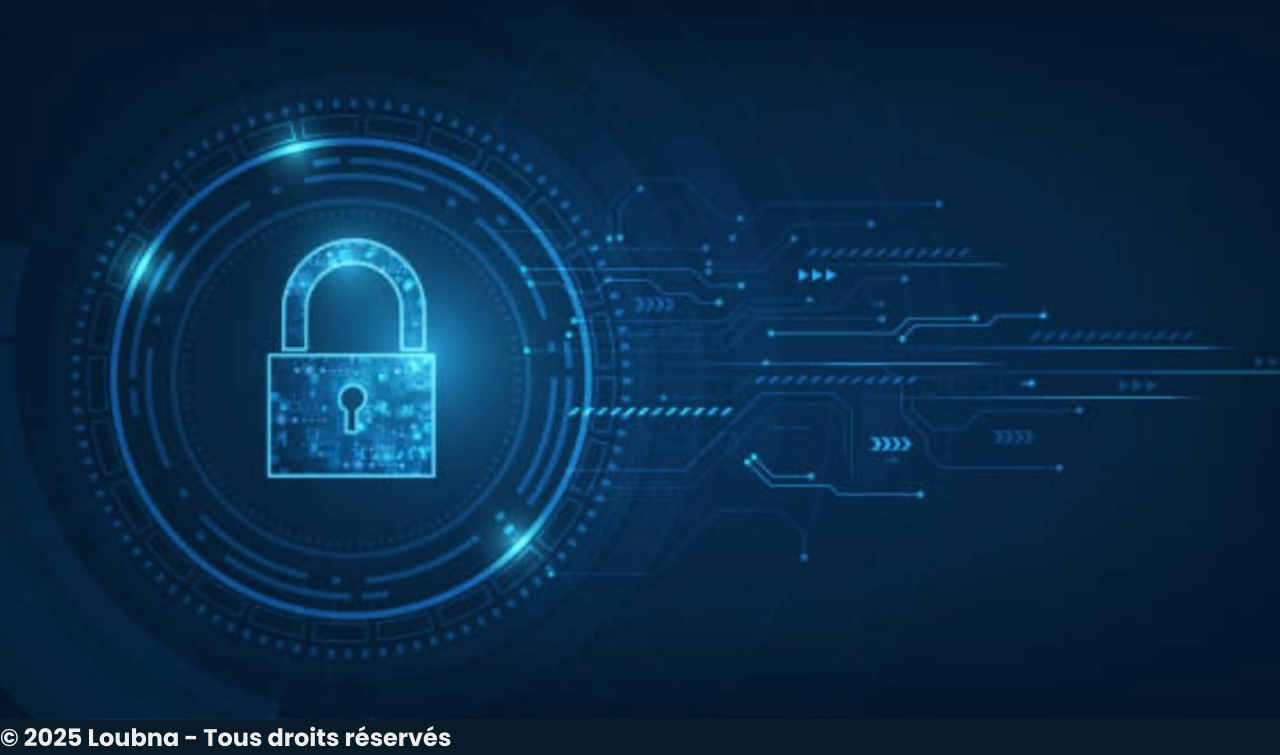
Repository: Loubna77290/Portfolio-de-Loubna
Page: footer.html
These files come from the project's save history. The page is drawn as it stood at one moment and after the next save; the edit follows.
The browser window is 1280 px wide. The pictures show the whole page.

Above is the page before, as saved 2025-03-09 23:54:49.

### footer.html
<!DOCTYPE html>
<html lang="en">
<head>
    <meta charset="UTF-8">
    <meta name="viewport" content="width=device-width, initial-scale=1.0">
    <title>Document</title>
    <link rel="stylesheet" href="style.css">

    <body>
        <section class="footer-background">
    </body>
</section>
<footer>
    <div class="Contenu-footer">
    <p> <h2>&copy; 2025 Loubna - Tous droits réservés </p></h2>
</div>
</footer>
</html>

### style.css
@import url('https://fonts.googleapis.com/css2?family=Poppins:wght@300;400;500;600;700;800;900&display=swap');

* {
    margin: 0;
    padding: 0;
    box-sizing: border-box;
    font-family: 'Poppins', sans-serif;

}

body {
    background: #081b29;
    color: #ededed;

}

.header {
    position:fixed;
    top: 0;
    left:0;
    width: 100%;
    padding: 20px 10px;
    background: transparent;
    display: flex;
    justify-content: space-between;
    align-items: center;
    z-index: 100;
}


.logo {
    position: relative;
    margin-left: 30px;
    font-size: 25px;
    color: #ededed;
    text-decoration: none;
    font-weight: 600;

}

.logo::before {
    content: '';
    position: absolute;
    top: 0;
    right: 0;
    width: 100%;
    height: 100%;
    background: #081b29b6;
    animation: showRight 1s ease forwards;
    animation-delay: .4s;;
}

.navbar a {
    font-size: 18px;
    color: #ededed;
    text-decoration: none;
    font-weight: 500;
    margin-right: 60px;
    justify-content: flex-end;
    transition: .3s;

}

.navbar a:hover,
.navbar a.active {
    color: #00abf0;

}

.accueil {
    height: 100vh;
    background: url(./IMG_7408.jpg) no-repeat center center;
    background-size: cover;
    display: flex;
    align-items: center;
    padding: 0 10%;
}

.accueil-contenu {
    background: transparent;
    max-width: 600px;


    }

.accueil-contenu h2 {
    font-size: 45px;
    font-weight: 700;
    line-height: 1.2;
    white-space: nowrap;
}

.accueil-contenu h2::before {
    content: '';
    position: absolute;
    top: 0;
    right: 0;
    width: 100%;
    height: 100%;
    background: #081b29;
    animation: showRight 1s ease forwards;
    animation-delay: 1s;
}

.accueil-contenu h3 {
    font-size: 30px;
    font-weight: 600;
    color: #0ff;

}

.accueil-contenu p {
    font-size: 16px;
    margin: 20px  0 40px;
    line-height: 1.2;
}

.accueil-contenu .btn-box {
    position: relative;
    display: flex;
    justify-content: space-between;
    width: 380px;
    height: 60px;

}

.accueil-contenu .btn-box::before {
    content: '';
    position: absolute;
    top: 0;
    right: 0;
    width: 100%;
    height: 100%;
    background: #081b294d;
    animation: showRight 1s ease forwards;
    animation-delay: 1.9s;
    z-index: 2;
}

.btn-box a {
    position: relative;
    display: inline-flex;
    justify-content: center;
    align-items: center;
    width: 150px;
    height: 110%;
    background: #00abf0;
    border: 2px solid #00abf0;
    border-radius: 8px;
    font-size: 19px;
    color: #081b29;
    text-align: center;
    text-decoration: none;
    font-weight: 600;
    letter-spacing: 1px;
    z-index: 1;
    overflow: hidden;
    transition: .5s;
}

.btn-box a:hover {
    color: #00abf0;

}

.btn-box a:nth-child(2) {
    background: transparent;
    color:#00abf0
}

.btn-box a:nth-child(2):hover {
    color:#081b29;
}


.btn-box a:nth-child(2)::before {
    background: #00abf0;
    }

.btn-box a::before {
    content: '';
    position: absolute;
    top: 0;
    left: 0;
    width: 0;
    height: 100%;
    background: #081b29;
    z-index: -1;
    transition: .5s;
}

.btn-box a:hover::before {
    width: 100%;
    }

.home-sci {
    position: absolute;
    bottom: 1px;
    width: 150px;
    display: flex;
    justify-content: space-between;
}

.home-sci::before {
    content: '';
    position: absolute;
    top: 0;
    right: 0;
    width: 100%;
    height: 100%;
    background: #081b29;
    animation: showRight 1s ease forwards;
    animation-delay: 2.5s;
    z-index: 2;
}

.home-sci a {
    position: relative;
    display: inline-flex;
    justify-content: center;
    align-items: center;
    width: 40px;
    height: 40px;
    background: transparent;
    border: 2px solid #00abf0;
    border-radius: 50%;
    font-size: 20px;
    text-decoration: none;
    z-index: 1;
    overflow: hidden;
    transition: .5s;
    color: #00abf0;
}

.home-sci a:hover {
    color: #081b29;

}
.home-sci a::before {
    content: '';
    position: absolute;
    top: 0;
    left: 0;
    width: 0;
    height: 100%;
    background:#00abf0;
    transition: .5s;
    z-index: -1;
}

.home-sci a:hover::before {
    width: 100%;
}

/* KEYFRAMES ANIMATION */
@keyframes showRight {
    100% {
        width: 0;
    }
}

.contact-background  {
    background: url('/IMG_7400.jpg');
    height: 100vh;
    background-size: cover;
    display: flex;
}


.footer-background  {
    background: url('/IMG_7400.jpg');
    height: 100vh;
    background-size: cover;
    display: flex;
}

.contenu-footer {
    background-color: aliceblue;
    position: absolute;
}

After the next save:
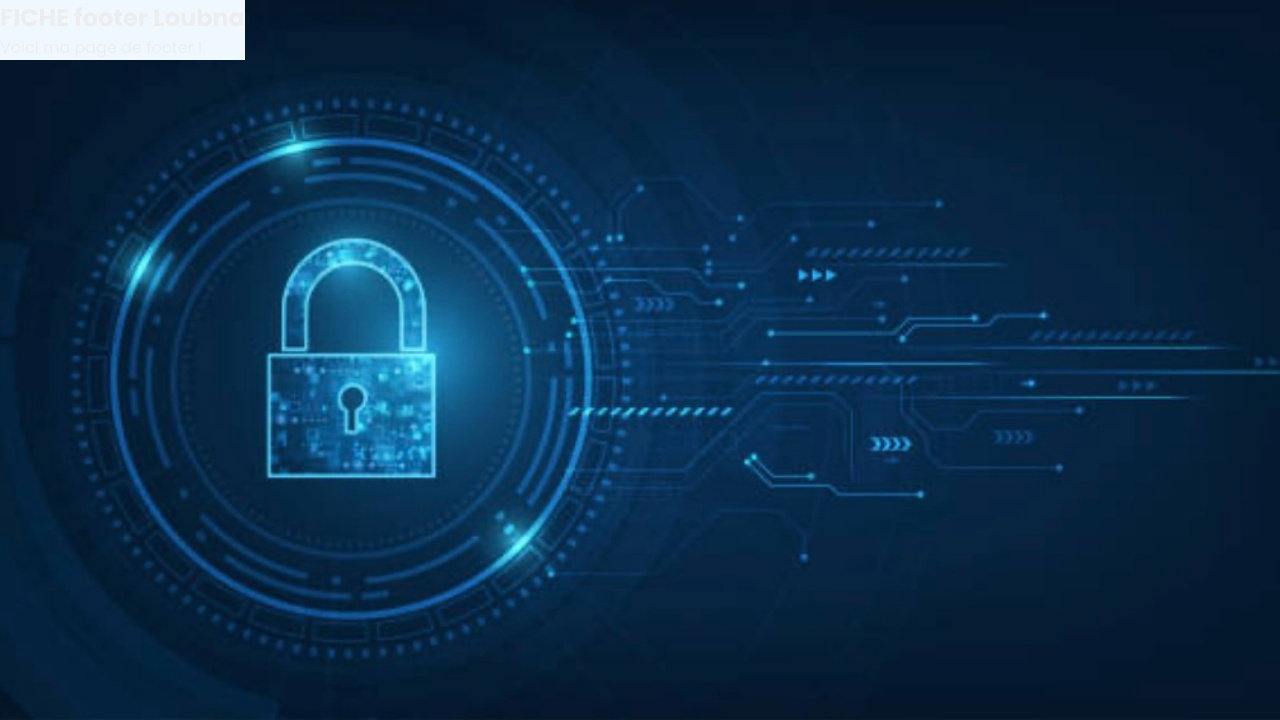
Saved 119 s later.
--- a/footer.html
+++ b/footer.html
@@ -6,13 +6,12 @@
     <title>Document</title>
     <link rel="stylesheet" href="style.css">
 
-    <body>
-        <section class="footer-background">
+
     </body>
-</section>
-<footer>
-    <div class="Contenu-footer">
-    <p> <h2>&copy; 2025 Loubna - Tous droits réservés </p></h2>
-</div>
-</footer>
+    <section class="footer-background">
+        <div class="contenu-footer">
+        <h1>FICHE footer Loubna</h1>
+        <p>Voici ma page de footer !</p>
+    </div>
+    </section>
 </html>
